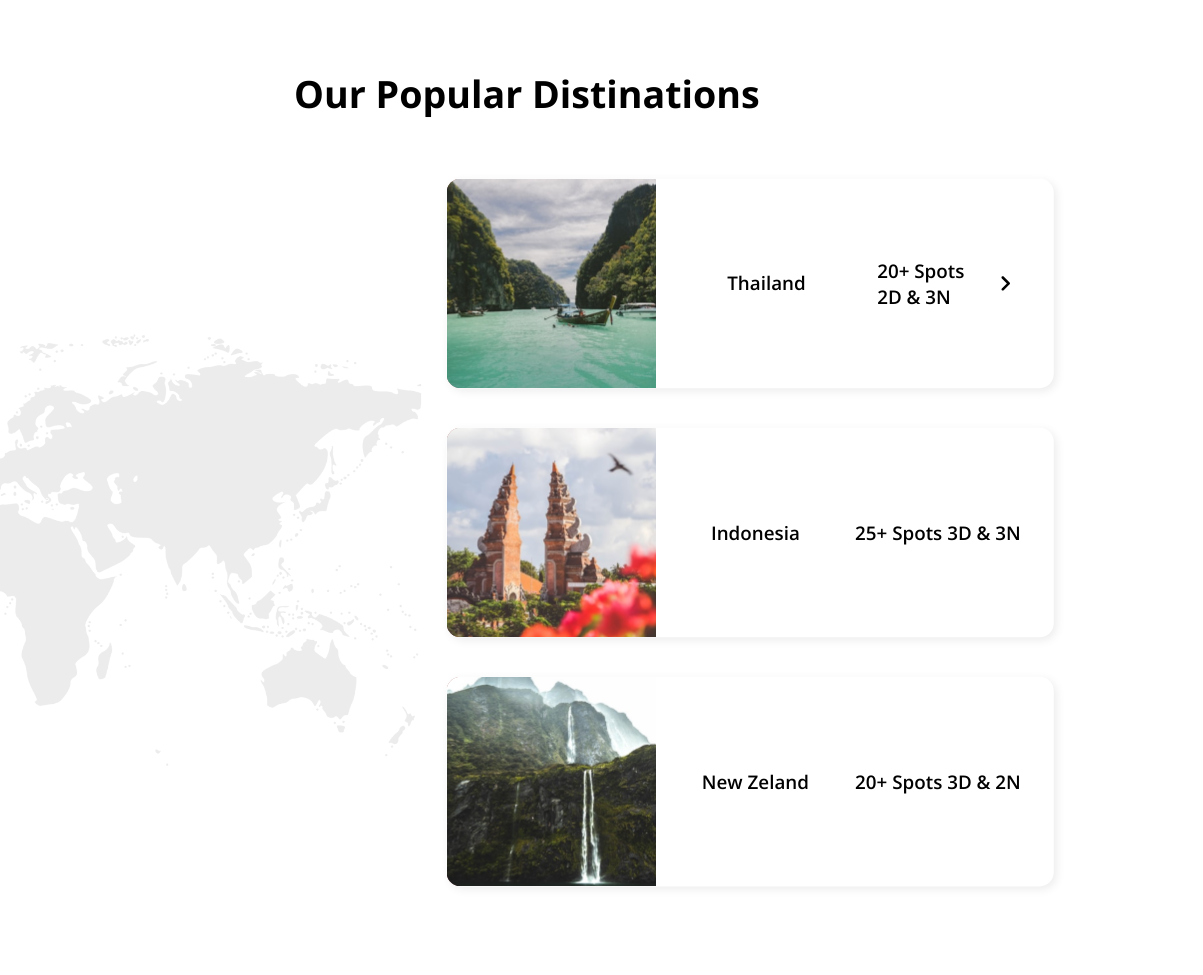
Repository: MehdiKerimov/Figma-Task-16
Page: index.html
An editor plug-in stored every save of this project. The page is shown before and after the next save, followed by the edit.
The browser window is 1280 px wide. The pictures show the whole page, at 94% of full size.

Above is the page before, as saved 2023-10-10 11:11:40.

### index.html
<!DOCTYPE html>
<html lang="en">
  <head>
    <meta charset="UTF-8" />
    <meta name="viewport" content="width=device-width, initial-scale=1.0" />
    <title>Document</title>
    <link rel="stylesheet" href="index.css" />
  </head>
  <body>
    <div class="container">
      <h1>Our Popular Distinations</h1>
      <div class="box">
        <div class="img-box">
          <img src="/image/world_map_PNG28 2.png" alt="" />
        </div>
        <ul>
          <li>
            <div>
              <img src="image/Rectangle 15.svg" alt="" />
              <h2>Thailand</h2>
              <p>20+ Spots <br> 2D & 3N</p>
              <svg xmlns="http://www.w3.org/2000/svg" width="33" height="33" viewBox="0 0 33 33" fill="none">
                <path d="M12.8013 9.22619C12.6738 9.3534 12.5727 9.50449 12.5037 9.67083C12.4347 9.83717 12.3992 10.0155 12.3992 10.1956C12.3992 10.3756 12.4347 10.554 12.5037 10.7203C12.5727 10.8866 12.6738 11.0377 12.8013 11.1649L18.1363 16.4999L12.8013 21.8349C12.5442 22.092 12.3998 22.4407 12.3998 22.8043C12.3998 23.1679 12.5442 23.5166 12.8013 23.7737C13.0584 24.0308 13.4071 24.1752 13.7707 24.1752C14.1342 24.1752 14.4829 24.0308 14.74 23.7737L21.0513 17.4624C21.1787 17.3352 21.2799 17.1841 21.3489 17.0178C21.4179 16.8515 21.4534 16.6731 21.4534 16.4931C21.4534 16.313 21.4179 16.1347 21.3489 15.9683C21.2799 15.802 21.1787 15.6509 21.0513 15.5237L14.74 9.21244C14.2175 8.68994 13.3375 8.68994 12.8013 9.22619Z" fill="black"/>
                </svg>
            </div>
          </li>
          <li>
            <div>
              <img src="/image/Rectangle 16.svg" alt="" />
              <h2>Indonesia</h2>
              <p>25+ Spots 3D & 3N</p>
            </div>
          </li>
          <li>
            <div>
              <img src="image/Rectangle 17.svg" alt="" />
              <h2>New Zeland</h2>
              <p>20+ Spots 3D & 2N</p>
            </div>
          </li>
        </ul>
      </div>
    </div>
  </body>
</html>

### index.css
@import url("https://fonts.googleapis.com/css2?family=Open+Sans:wght@600;700&display=swap");
* {
  padding: 0;
  margin: 0;
  box-sizing: border-box;
}
.container {
  min-height: 100vh;
  padding: 72px 159px 52px 0px;
}
.container h1 {
  margin-bottom: 63px;
  color: #000;
  text-align: center;
  font-family: Open Sans;
  font-size: 40px;
  font-style: normal;
  font-weight: 700;
  line-height: normal;
}
.container .box {
  display: flex;
  align-items: center;
  justify-content: space-between;
}
.img-box {
  width: 40%;
}
.container .box .img-box img {
  width: 100%;
}
ul {
  /* width: 45%; */
}
.container .box ul li {
  margin-bottom: 42px;
  /* margin-left: 187px; */
  padding-right: 35px;
  width: 100%;
  /* width: 659px; */
  height: 223px;
  list-style-type: none;
  border-radius: 15px;
  background: #fff;
  box-shadow: 3px 3px 10px 0px rgba(0, 0, 0, 0.08);
}
.container .box ul li img {
  width: 223px;
  height: 223px;
}
.container .box ul li div {
  display: flex;
  justify-content: space-between;
  align-items: center;
}
.container .box ul li div h2 {
  margin-left: 49px;
  margin-right: 49px;
  color: #000;
  text-align: center;
  font-family: Open Sans;
  font-size: 20px;
  font-style: normal;
  font-weight: 600;
  line-height: normal;
}
.container .box ul li div p {
  color: #000;
  font-family: Open Sans;
  font-size: 20px;
  font-style: normal;
  font-weight: 600;
  line-height: normal;
}

After the next save:
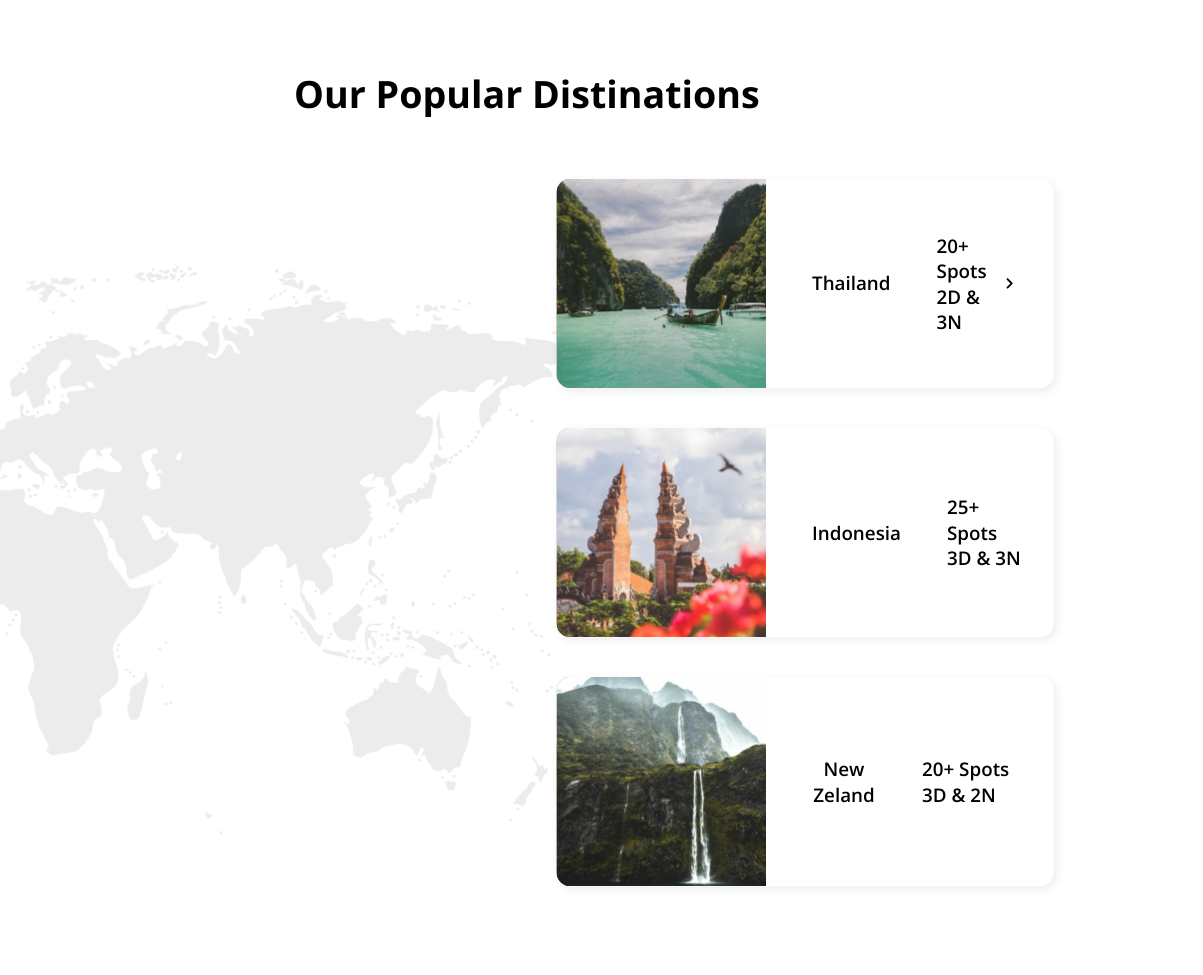
Saved 11 s later.
--- a/index.css
+++ b/index.css
@@ -24,7 +24,7 @@
   justify-content: space-between;
 }
 .img-box {
-  width: 40%;
+  /* width: 40%; */
 }
 .container .box .img-box img {
   width: 100%;

After the save that followed:
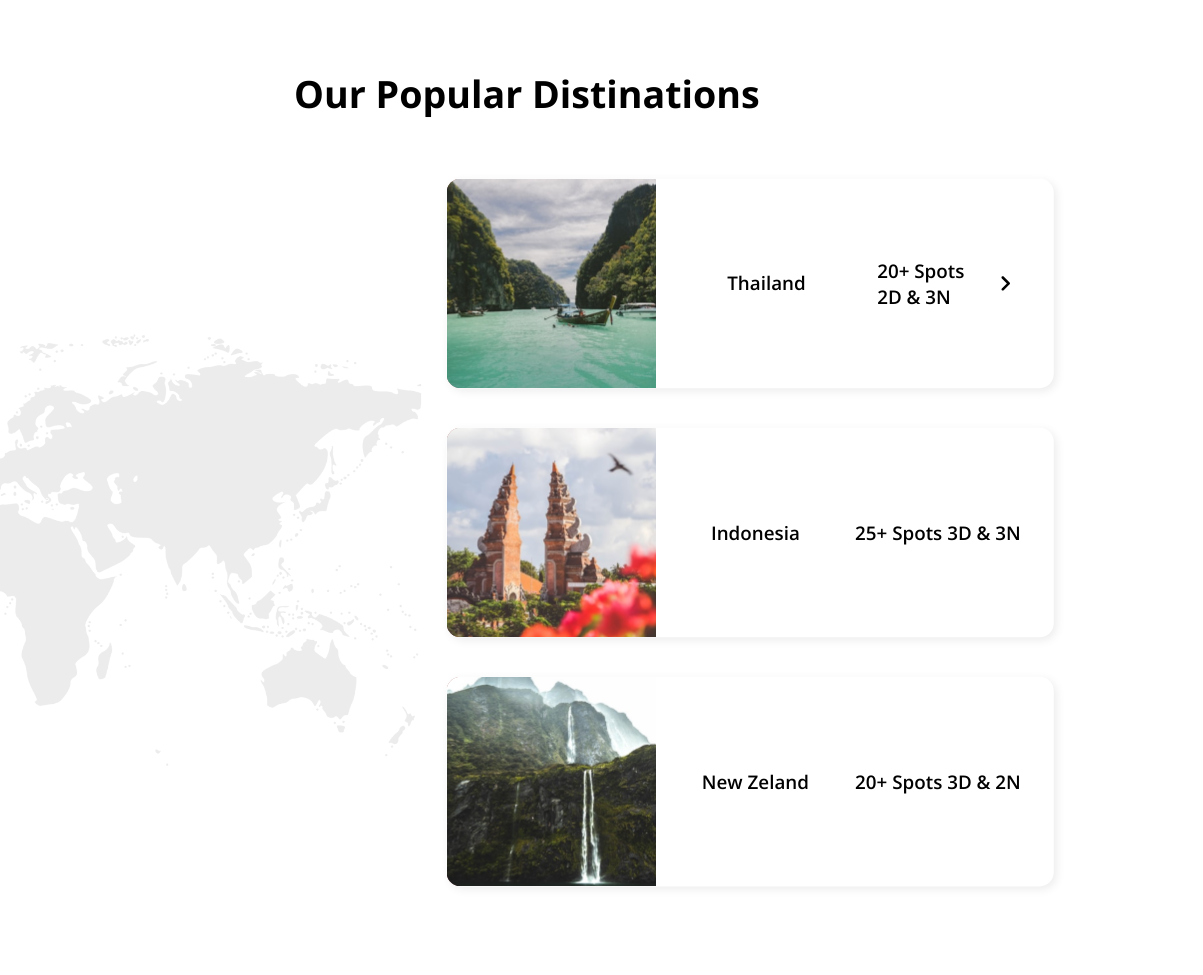
Saved 13 s later.
--- a/index.css
+++ b/index.css
@@ -24,7 +24,7 @@
   justify-content: space-between;
 }
 .img-box {
-  /* width: 40%; */
+  width: 40%;
 }
 .container .box .img-box img {
   width: 100%;
